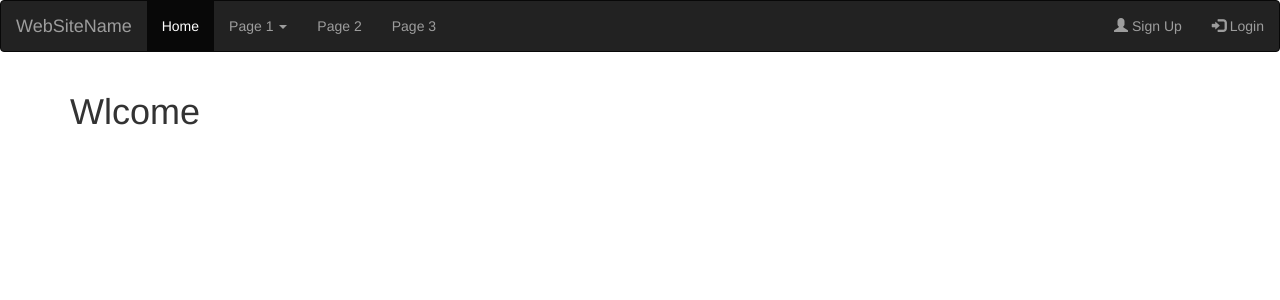
Repository: Ahmad-hamdan98/Java_Project
Page: http://localhost/javaproject/WIB-INF/ShowAll.jsp
These files come from the project's save history. The page is drawn as it stood at one moment and after the next save; the edit follows.
The browser window is 1280 px wide. The pictures show the whole page.
The page is served by Tomcat 9. Other server files are loaded and not shown.

Above is the page before, as saved 2022-11-19 15:21:52.

### atfirst/javaproject/src/main/webapp/WIB-INF/ShowAll.jsp
   <!DOCTYPE html>
<html lang="en">
<head>
  <title>Bootstrap Case</title>
  <meta charset="utf-8">
  <meta name="viewport" content="width=device-width, initial-scale=1">
  <link rel="stylesheet" href="https://maxcdn.bootstrapcdn.com/bootstrap/3.3.6/css/bootstrap.min.css">

</head>
<body>

<nav class="navbar navbar-inverse">
  <div class="container-fluid">
    <div class="navbar-header">
      <a class="navbar-brand" href="#">WebSiteName</a>
    </div>
    <ul class="nav navbar-nav">
      <li class="active"><a href="#">Home</a></li>
      <li class="dropdown"><a class="dropdown-toggle" data-toggle="dropdown" href="#">Page 1 <span class="caret"></span></a>
        <ul class="dropdown-menu">
          <li><a href="#">Page 1-1</a></li>
          <li><a href="#">Page 1-2</a></li>
          <li><a href="#">Page 1-3</a></li>
        </ul>
      </li>
      <li><a href="#">Page 2</a></li>
      <li><a href="#">Page 3</a></li>
    </ul>
    <ul class="nav navbar-nav navbar-right">
      <li><a href="#"><span class="glyphicon glyphicon-user"></span> Sign Up</a></li>
      <li><a href="#"><span class="glyphicon glyphicon-log-in"></span> Login</a></li>
    </ul>
  </div>
</nav>

<div class="container">
  <h1>Wlcome ${user.userName}</h1>
</div>
<script src="https://ajax.googleapis.com/ajax/libs/jquery/1.12.0/jquery.min.js"></script>
<script src="https://maxcdn.bootstrapcdn.com/bootstrap/3.3.6/js/bootstrap.min.js"></script>



</body>
</html>

After the next save:
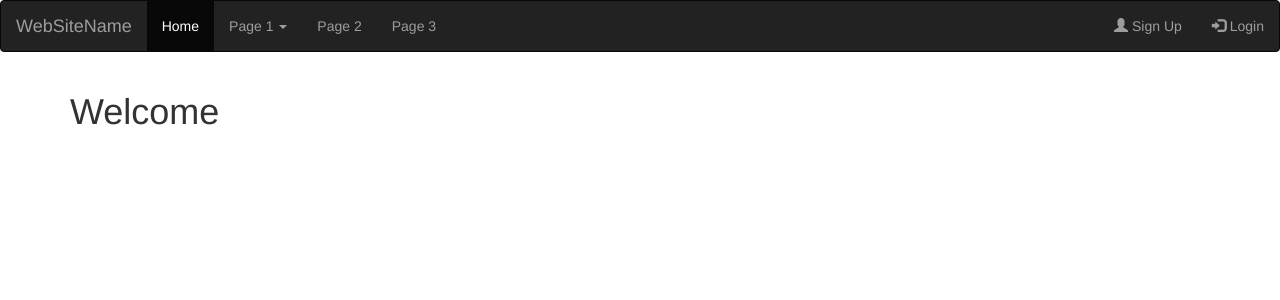
Saved 14 s later.
--- a/atfirst/javaproject/src/main/webapp/WIB-INF/ShowAll.jsp
+++ b/atfirst/javaproject/src/main/webapp/WIB-INF/ShowAll.jsp
@@ -34,7 +34,7 @@
 </nav>
 
 <div class="container">
-  <h1>Wlcome ${user.userName}</h1>
+  <h1>Welcome ${user.userName}</h1>
 </div>
 <script src="https://ajax.googleapis.com/ajax/libs/jquery/1.12.0/jquery.min.js"></script>
 <script src="https://maxcdn.bootstrapcdn.com/bootstrap/3.3.6/js/bootstrap.min.js"></script>
